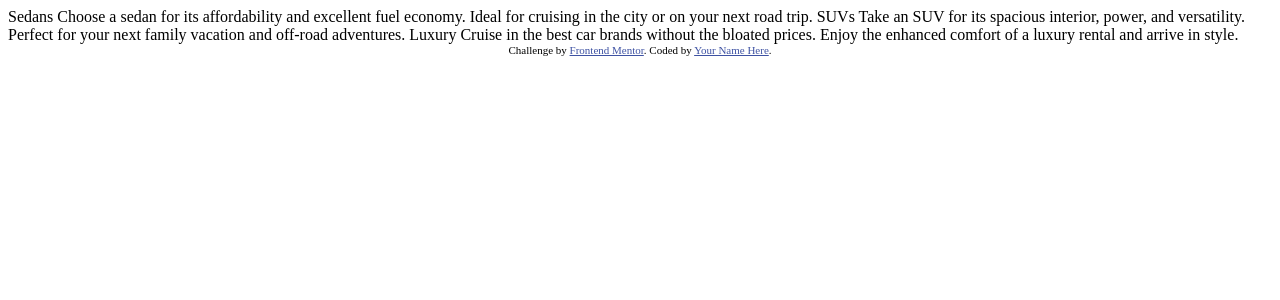
Repository: Pawan-pediredla/frontend-mentors
Page: 3-column-preview-card-component/3-column-preview-card-component-main/markup/index.html
An editor plug-in stored every save of this project. The page is shown before and after the next save, followed by the edit.
The browser window is 1280 px wide. The pictures show the whole page.

Above is the page before, as saved 2024-06-22 12:35:51.

### 3-column-preview-card-component/3-column-preview-card-component-main/markup/index.html
<!DOCTYPE html>
<html lang="en">
<head>
  <meta charset="UTF-8">
  <meta name="viewport" content="width=device-width, initial-scale=1.0"> <!-- displays site properly based on user's device -->

  <link rel="icon" type="image/png" sizes="32x32" href="./images/favicon-32x32.png">

  <title>Frontend Mentor | 3-column preview card component</title>


  <style>
    .attribution { font-size: 11px; text-align: center; }
    .attribution a { color: hsl(228, 45%, 44%); }
  </style>
</head>
<body>

  Sedans
  Choose a sedan for its affordability and excellent fuel economy. Ideal for cruising in the city
  or on your next road trip.

  SUVs
  Take an SUV for its spacious interior, power, and versatility. Perfect for your next family vacation
  and off-road adventures.

  Luxury
  Cruise in the best car brands without the bloated prices. Enjoy the enhanced comfort of a luxury
  rental and arrive in style.

  <div class="attribution">
    Challenge by <a href="https://www.frontendmentor.io?ref=challenge" target="_blank">Frontend Mentor</a>.
    Coded by <a href="#">Your Name Here</a>.
  </div>
</body>
</html>

After the next save:
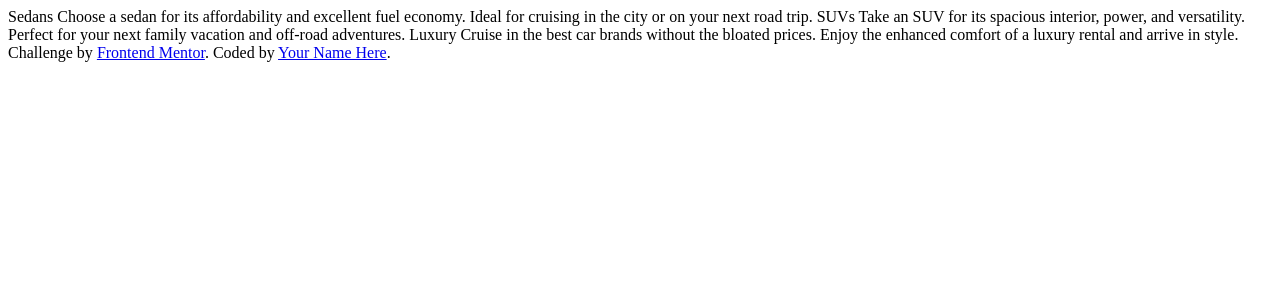
Saved 4 s later.
--- a/3-column-preview-card-component/3-column-preview-card-component-main/markup/index.html
+++ b/3-column-preview-card-component/3-column-preview-card-component-main/markup/index.html
@@ -10,8 +10,7 @@
 
 
   <style>
-    .attribution { font-size: 11px; text-align: center; }
-    .attribution a { color: hsl(228, 45%, 44%); }
+
   </style>
 </head>
 <body>
